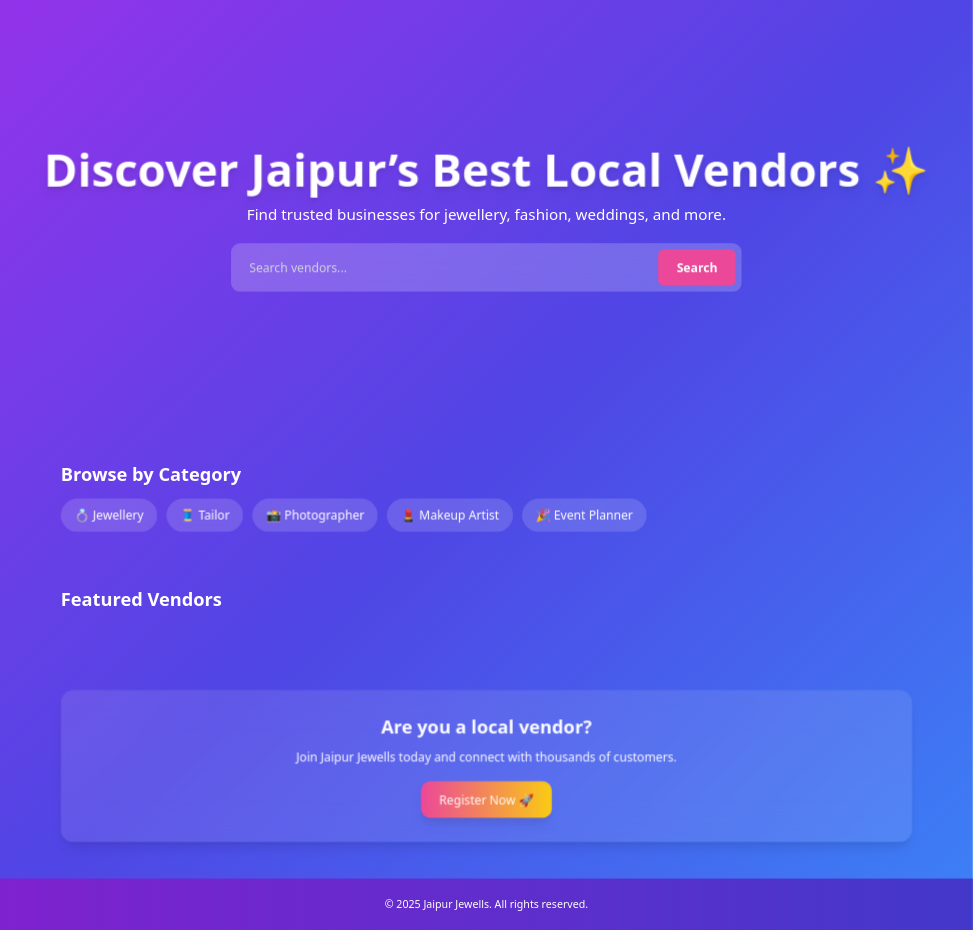
Repository: aayushtailor/VendorConnect
Page: index.html
An editor plug-in stored every save of this project. The page is shown before and after the next save, followed by the edit.
The browser window is 1280 px wide. The pictures show the whole page, at 76% of full size.
Pictures or frames that could not be fetched are drawn as grey boxes. Some web libraries are served in a nearby version.

Above is the page before, as saved 2025-09-20 11:26:58.
Console error: SyntaxError: Unexpected end of input

After the next save:
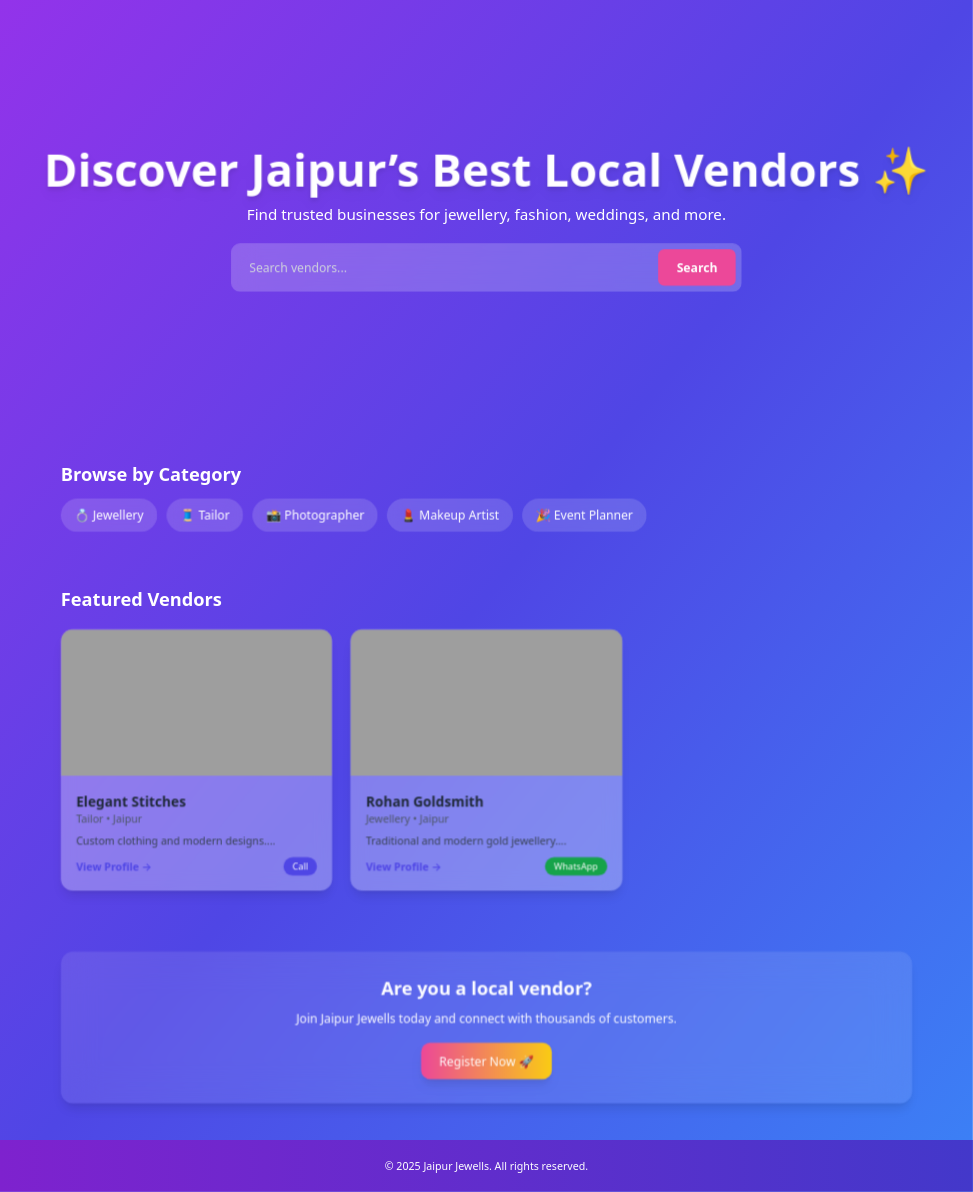
The error is gone.
Saved 13 s later.
--- a/app.js
+++ b/app.js
@@ -43,4 +43,16 @@ function render(){
     return (!search || text.includes(search));
   });
 
-  grid.innerHTML = f
+  grid.innerHTML = filtered.map(makeCard).join('');
+  document.getElementById('noResults').classList.toggle('hidden', filtered.length>0);
+  AOS.refresh();
+}
+
+// Events
+document.addEventListener('DOMContentLoaded', ()=>{
+  render();
+  document.getElementById('searchBtn').onclick = render;
+  document.getElementById('searchInput').onkeyup = (e)=>{ if(e.key==='Enter') render(); };
+
+  document.getElementById('openRegister').onclick = ()=> alert("Registration form coming soon!");
+});
